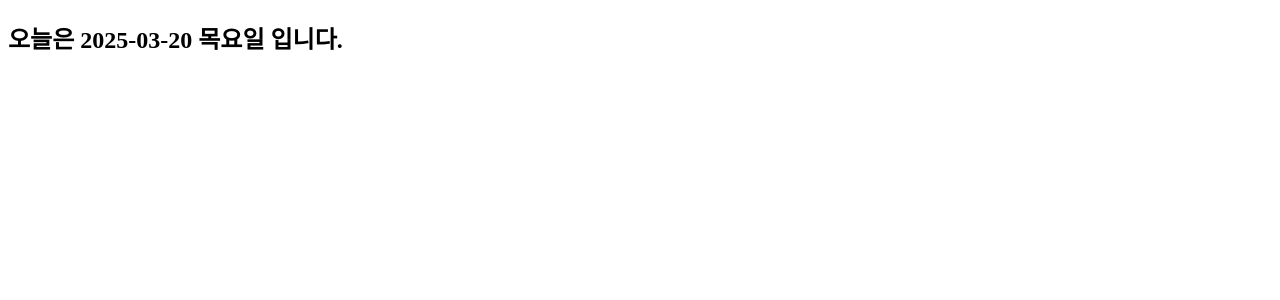
Repository: yoonseo0832/workspace
Page: 05_server/00_Practice/src/main/webapp/views/practice2_pizza.html
An editor plug-in stored every save of this project. The page is shown before and after the next save, followed by the edit.
The browser window is 1280 px wide. The pictures show the whole page.

Above is the page before, as saved 2025-03-20 05:05:26.

### 05_server/00_Practice/src/main/webapp/views/practice2_pizza.html
<!DOCTYPE html>
<html>
<head>
<meta charset="UTF-8">
<title>연습2</title>
</head>
<body>
	<h2>오늘은 <strong>2025-03-20</strong> 목요일 입니다.</h2>
</body>
</html>

After the next save:
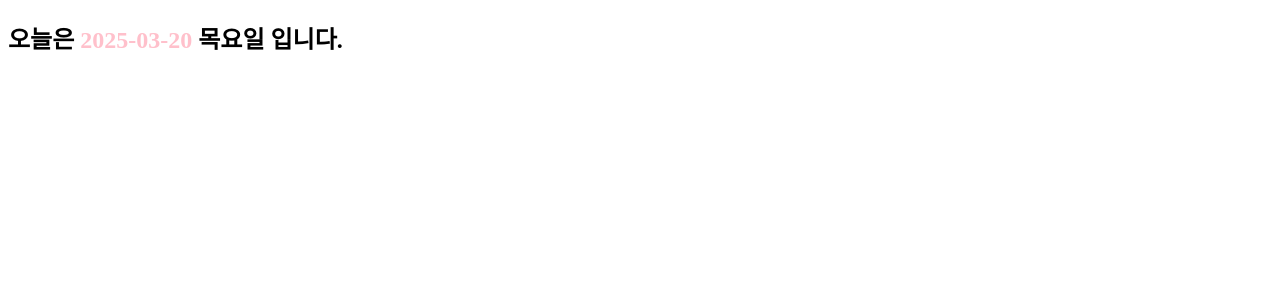
Saved 22 s later.
--- a/05_server/00_Practice/src/main/webapp/views/practice2_pizza.html
+++ b/05_server/00_Practice/src/main/webapp/views/practice2_pizza.html
@@ -3,8 +3,9 @@
 <head>
 <meta charset="UTF-8">
 <title>연습2</title>
+
 </head>
 <body>
-	<h2>오늘은 <strong>2025-03-20</strong> 목요일 입니다.</h2>
+	<h2>오늘은 <strong style="color: pink;">2025-03-20</strong> 목요일 입니다.</h2>
 </body>
 </html>
